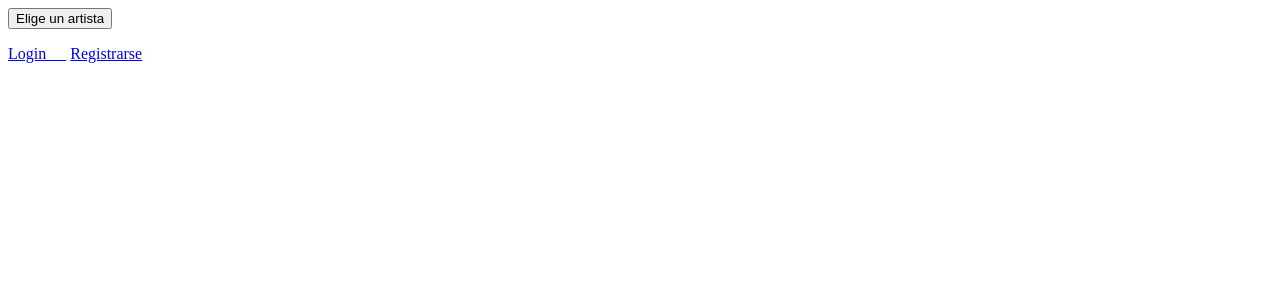
Repository: jluislechado/practicaGaleria
Page: plantillas/_ver.html
The author's editor kept a record of every edit. The page is drawn from the files as they stood at one moment, then again after the next edit.
The browser window is 1280 px wide. The pictures show the whole page.

Above is the page before.

After the next edit:
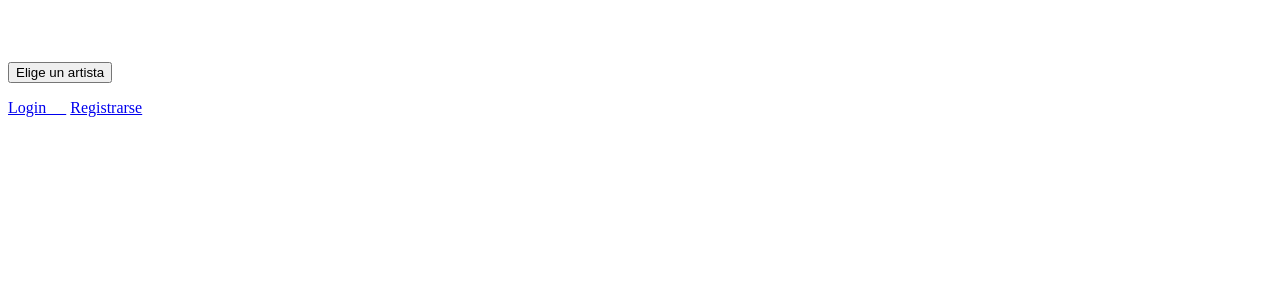
The edit:
--- a/plantillas/_ver.html
+++ b/plantillas/_ver.html
@@ -1,4 +1,5 @@
-<form action="#">
+</br></br></br>
+<form action="index.php?op=ver" method="post">
     <input type="submit" value="Elige un artista" class="boton"/>
 </form>
 <div id="ver">
